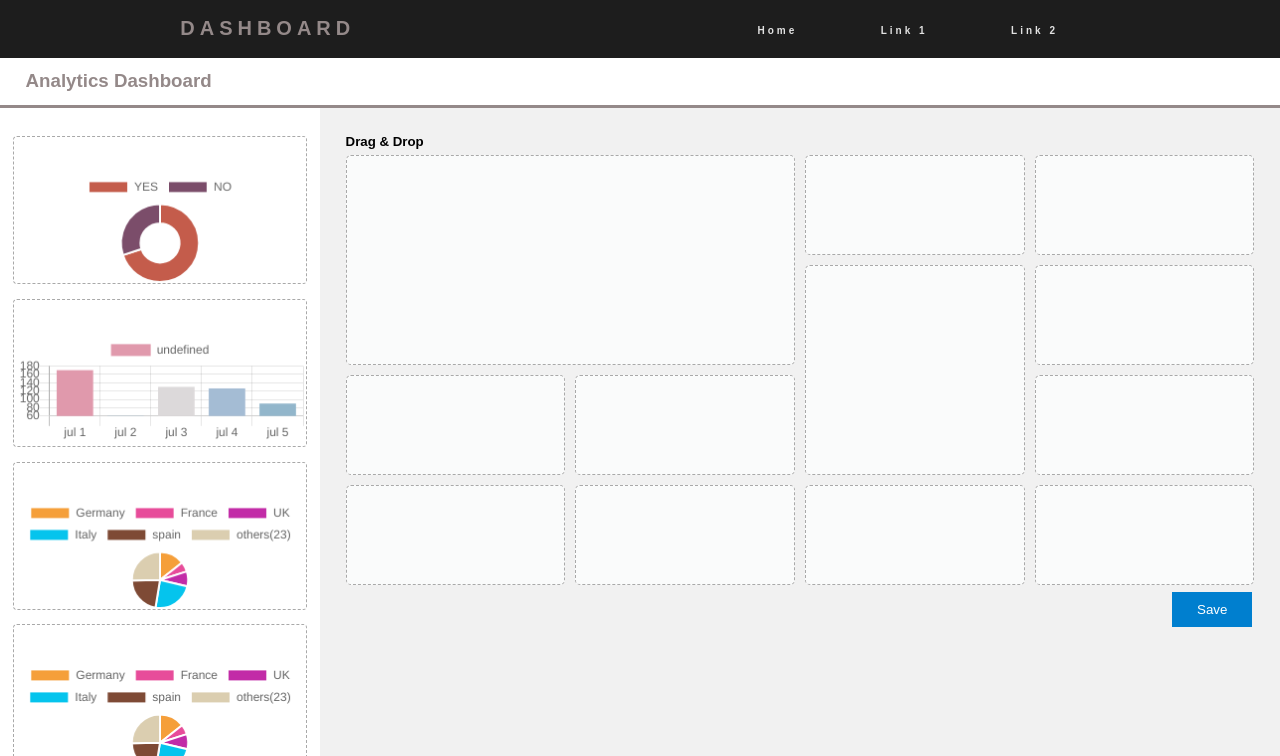
Repository: nourabdelhakam/drag-drop
Page: index.html
The author's editor kept a copy of each file at every save. The page is drawn from the files as they stood at one save, then again after the next save.
The browser window is 1280 px wide. The pictures show the whole page.
Some web libraries are served in a nearby version.

Above is the page before, as saved 2020-07-05 20:45:27.

After the next save:
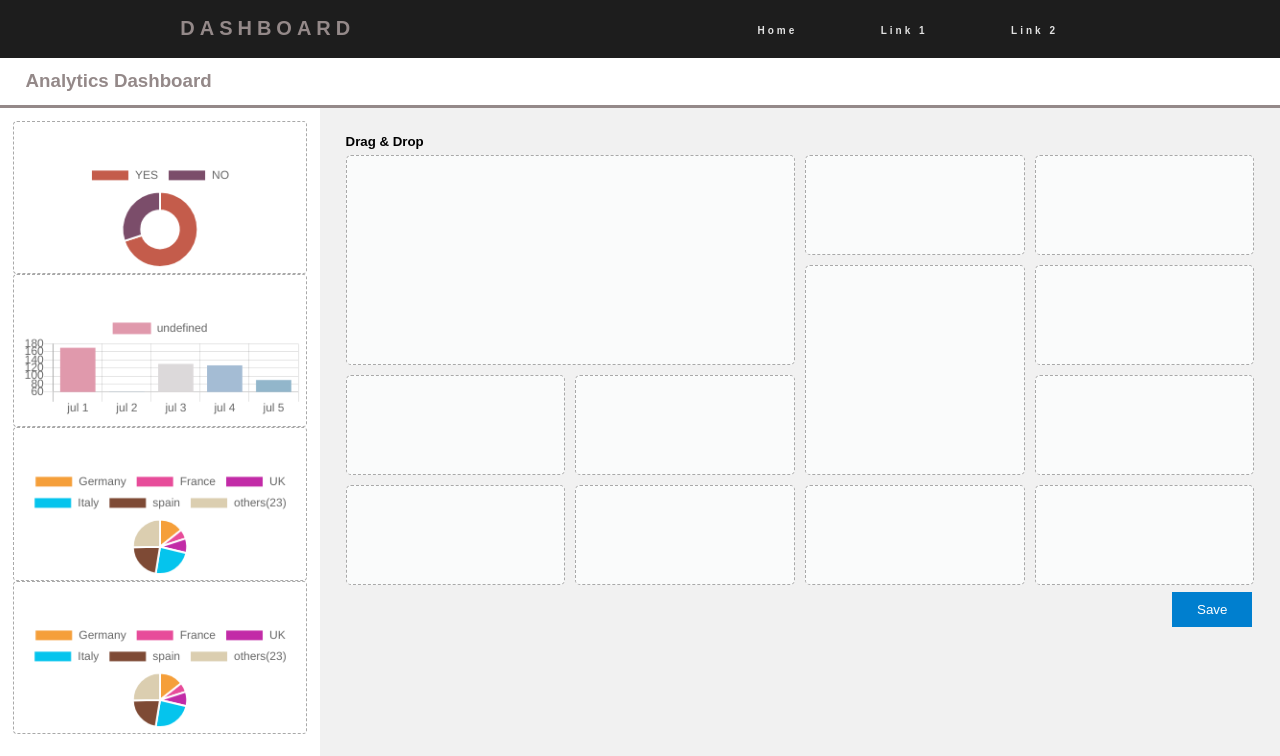
Saved 14 s later.
--- a/css/main.css
+++ b/css/main.css
@@ -38,9 +38,9 @@ h5 {
     /* background-color: #F3F3F3; */
     border-radius: 4px;
     border: 1px dashed darkgrey;
-    /* padding: 5px 5px;  */
+    padding: 5px 5px;
     text-align: center;
-    margin: 5% 0;
+    /* margin: 5% 0; */
     /* height: 100%;
     width: 100%; */
     cursor: pointer;
